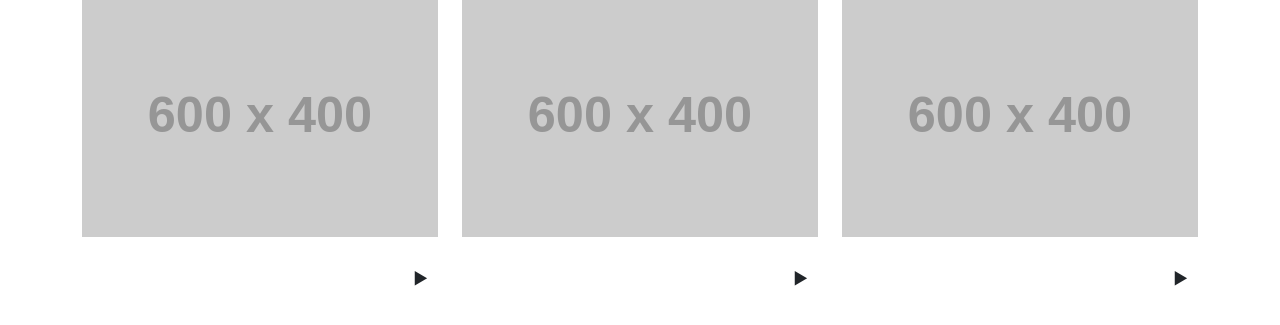
Repository: fbansept/ran4_24
Page: index.html
The author's editor kept a copy of each file at every save. The page is drawn from the files as they stood at one save, then again after the next save.
The browser window is 1280 px wide. The pictures show the whole page.

Above is the page before, as saved 2024-10-14 11:24:54.

### index.html
<!DOCTYPE html>
<html lang="en">
  <head>
    <meta charset="UTF-8" />
    <meta name="viewport" content="width=device-width, initial-scale=1.0" />
    <title>Document</title>
    <link
      href="https://cdn.jsdelivr.net/npm/bootstrap@5.3.3/dist/css/bootstrap.min.css"
      rel="stylesheet"
      integrity="sha384-QWTKZyjpPEjISv5WaRU9OFeRpok6YctnYmDr5pNlyT2bRjXh0JMhjY6hW+ALEwIH"
      crossorigin="anonymous"
    />
    <script
      defer
      src="https://cdn.jsdelivr.net/npm/bootstrap@5.3.3/dist/js/bootstrap.bundle.min.js"
      integrity="sha384-YvpcrYf0tY3lHB60NNkmXc5s9fDVZLESaAA55NDzOxhy9GkcIdslK1eN7N6jIeHz"
      crossorigin="anonymous"
    ></script>

    <link rel="stylesheet" href="style.css">
  </head>
  <body>
    <main class="container">
      <div class="row row-cols-1 row-cols-md-3">
        <article class="col">
          <div>
            <img src="https://placehold.co/600x400" />
            <div class="button">▶</div>
          </div>
        </article>
        <article class="col">
          <div>
            <img src="https://placehold.co/600x400" />
            <div class="button">▶</div>
          </div>
        </article>
        <article class="col">
          <div>
            <img src="https://placehold.co/600x400" />
            <div class="button">▶</div>
          </div>
        </article>
      </div>
    </main>
  </body>
</html>

### style.css
.container > .row > article > div {
  position: relative;
  width: 100%;
  height: 300px;
}

.container > .row > article > div > img {
  width: 100%;
  object-fit: cover;
}

.button {
  position: absolute;
  bottom: 10px;
  right: 10px;
}

After the next save:
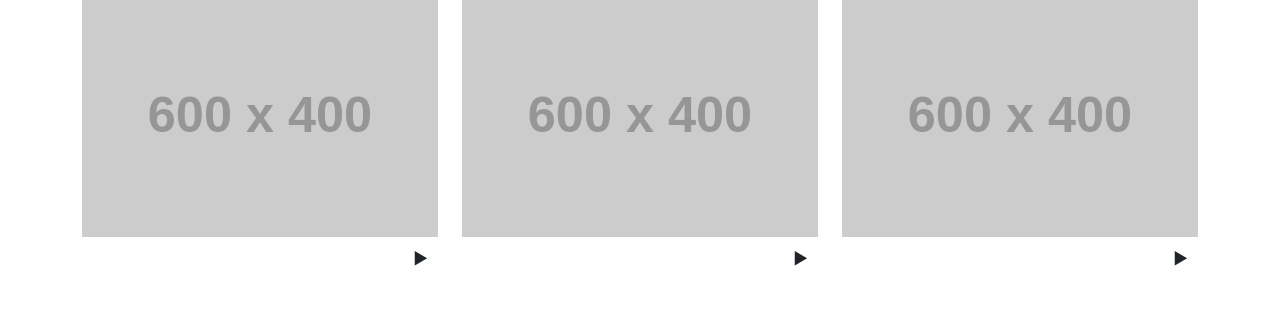
Saved 6 s later.
--- a/style.css
+++ b/style.css
@@ -11,6 +11,6 @@
 
 .button {
   position: absolute;
-  bottom: 10px;
+  bottom: 30px;
   right: 10px;
 }
